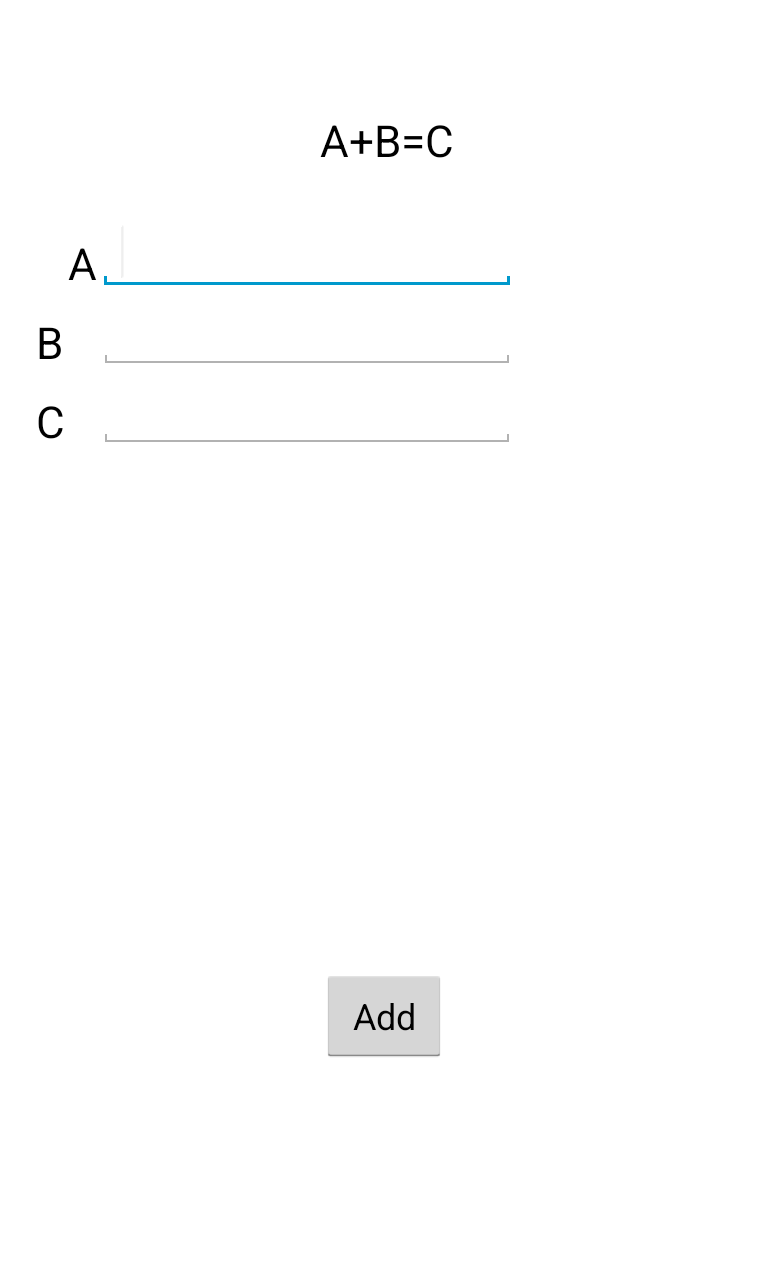
Repository: dtri123/Equation-Station
Layout: TheEquationStation/res/layout/addition_page.xml
The author's editor kept a copy of each file at every save. The layout is drawn from the files as they stood at one save, then again after the next save.
It is drawn on a 768 x 1280 px phone screen (xhdpi) without system bars, with theme AppTheme; the app's code is not run.

Above is the layout before, as saved 2013-07-17 17:57:15.

### TheEquationStation/res/layout/addition_page.xml
<?xml version="1.0" encoding="utf-8"?>
<RelativeLayout xmlns:android="http://schemas.android.com/apk/res/android"
    xmlns:tools="http://schemas.android.com/tools"
    android:layout_width="match_parent"
    android:layout_height="match_parent"
    android:paddingBottom="@dimen/activity_vertical_margin"
    android:paddingLeft="@dimen/activity_horizontal_margin"
    android:paddingRight="@dimen/activity_horizontal_margin"
    android:paddingTop="@dimen/activity_vertical_margin"
    tools:context=".Addition_Page" >

     <Button
        android:id="@+id/button_add"
        android:layout_width="wrap_content"
        android:layout_height="wrap_content"
        android:layout_alignParentBottom="true"
        android:layout_centerHorizontal="true"
        android:layout_marginBottom="92dp"
        android:text="Add" />

     <TextView
        android:id="@+id/textView2"
        android:layout_width="wrap_content"
        android:layout_height="wrap_content"
        android:layout_above="@+id/button2"
        android:layout_centerHorizontal="true"
        android:layout_marginBottom="16dp"
        android:text=""
        android:textAppearance="?android:attr/textAppearanceMedium" />

    <EditText
        android:id="@+id/editText3"
        android:layout_width="wrap_content"
        android:layout_height="wrap_content"
        android:layout_alignLeft="@+id/editText2"
        android:layout_below="@+id/editText2"
        android:ems="10"
        android:inputType="numberDecimal" />

    <EditText
        android:id="@+id/editText2"
        android:layout_width="wrap_content"
        android:layout_height="wrap_content"
        android:layout_alignLeft="@+id/editText1"
        android:layout_below="@+id/editText1"
        android:ems="10"
        android:inputType="numberDecimal" />

    <TextView
        android:id="@+id/textView1"
        android:layout_width="wrap_content"
        android:layout_height="wrap_content"
        android:layout_alignLeft="@+id/button_add"
        android:layout_alignTop="@+id/textView2"
        android:layout_marginTop="39dp"
        android:text="A+B=C"
        android:textAppearance="?android:attr/textAppearanceLarge" />

    <EditText
        android:id="@+id/editText1"
        android:layout_width="wrap_content"
        android:layout_height="wrap_content"
        android:layout_below="@+id/textView1"
        android:layout_marginTop="22dp"
        android:layout_toRightOf="@+id/textView4"
        android:ems="10"
        android:inputType="numberDecimal" >

        <requestFocus />
    </EditText>

      <TextView
        android:id="@+id/textView3"
        android:layout_width="wrap_content"
        android:layout_height="wrap_content"
        android:layout_above="@+id/editText2"
        android:layout_marginLeft="18dp"
        android:text="A"
        android:textAppearance="?android:attr/textAppearanceLarge" />

    <TextView
        android:id="@+id/TextView01"
        android:layout_width="wrap_content"
        android:layout_height="wrap_content"
        android:layout_alignBottom="@+id/editText3"
        android:layout_alignLeft="@+id/textView4"
        android:text="C"
        android:textAppearance="?android:attr/textAppearanceLarge" />

    <TextView
        android:id="@+id/textView4"
        android:layout_width="wrap_content"
        android:layout_height="wrap_content"
        android:layout_above="@+id/editText3"
        android:layout_alignRight="@+id/textView3"
        android:layout_marginRight="17dp"
        android:text="B"
        android:textAppearance="?android:attr/textAppearanceLarge" />



</RelativeLayout>

Loaded but not shown: TheEquationStation/res/values/styles.xml (common file); TheEquationStation/res/values-v11/styles.xml (common file); TheEquationStation/res/values-v14/styles.xml (common file); TheEquationStation/res/values/dimens.xml (common file)

After the next save:
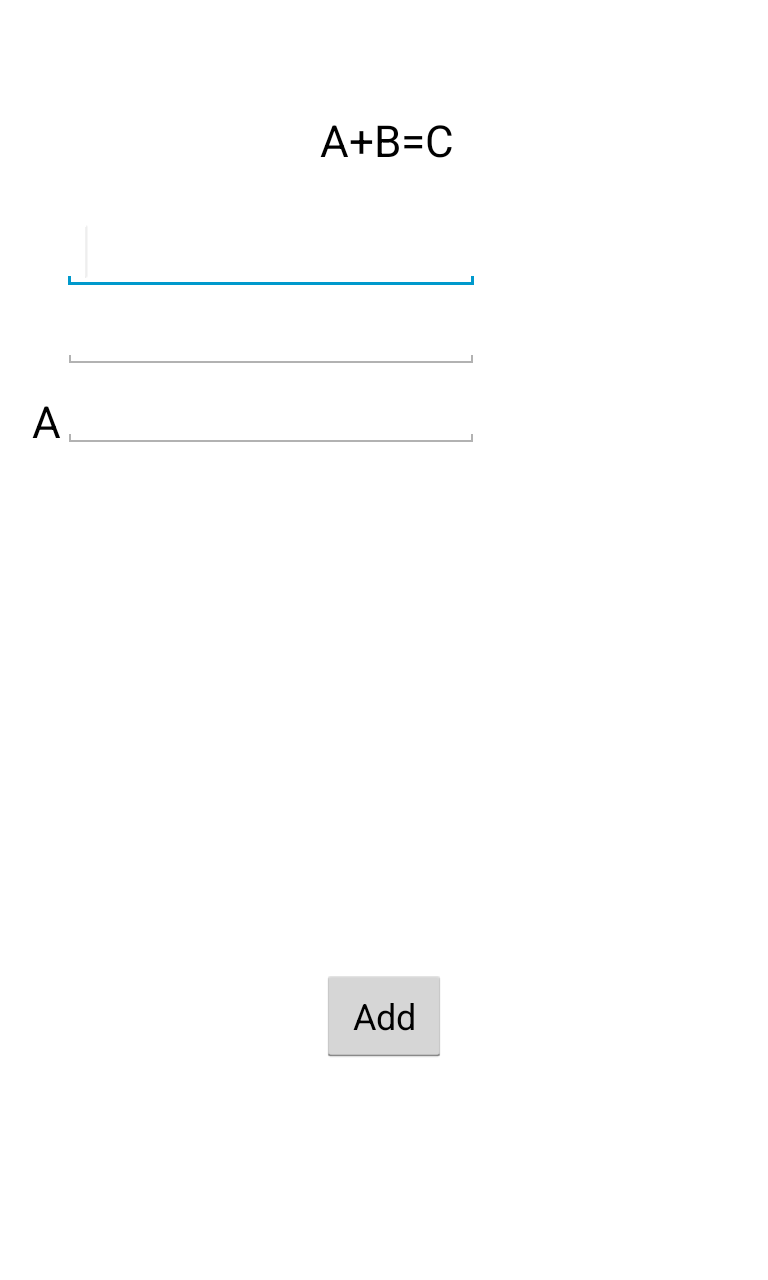
Saved 68 s later.
--- a/TheEquationStation/res/layout/addition_page.xml
+++ b/TheEquationStation/res/layout/addition_page.xml
@@ -73,8 +73,7 @@
         android:id="@+id/textView3"
         android:layout_width="wrap_content"
         android:layout_height="wrap_content"
-        android:layout_above="@+id/editText2"
-        android:layout_marginLeft="18dp"
+		android:layout_alignBottom="@+id/editText3"
         android:text="A"
         android:textAppearance="?android:attr/textAppearanceLarge" />
 
@@ -93,10 +92,8 @@
         android:layout_height="wrap_content"
         android:layout_above="@+id/editText3"
         android:layout_alignRight="@+id/textView3"
-        android:layout_marginRight="17dp"
+        android:layout_marginRight="16dp"
         android:text="B"
         android:textAppearance="?android:attr/textAppearanceLarge" />
 
-
-
 </RelativeLayout>
